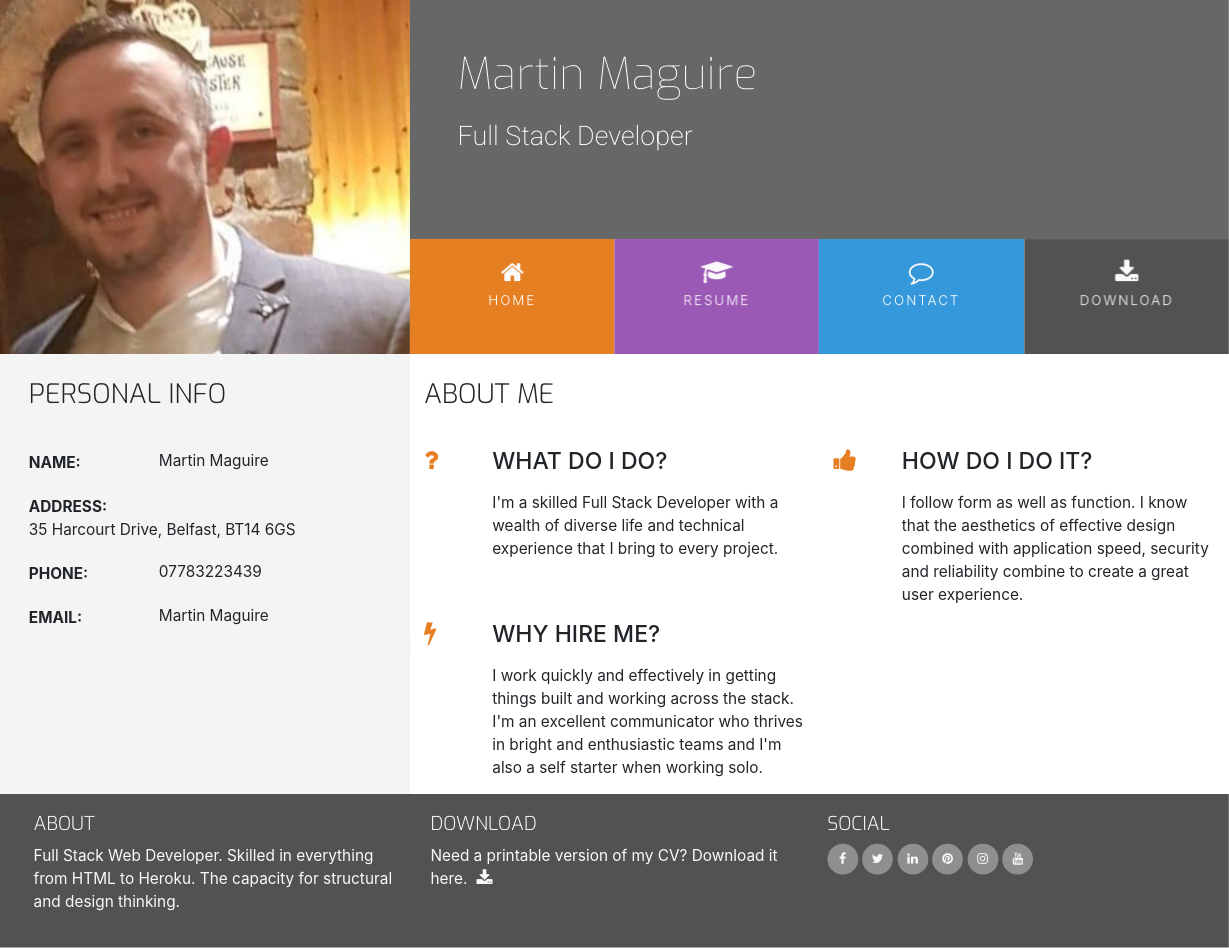
Repository: martinmaguire89/UCD-resume
Page: index.html
The author's editor kept a record of every edit. The page is drawn from the files as they stood at one moment, then again after the next edit.
The browser window is 1280 px wide. The pictures show the whole page, at 96% of full size.

Above is the page before.

After the next edit:
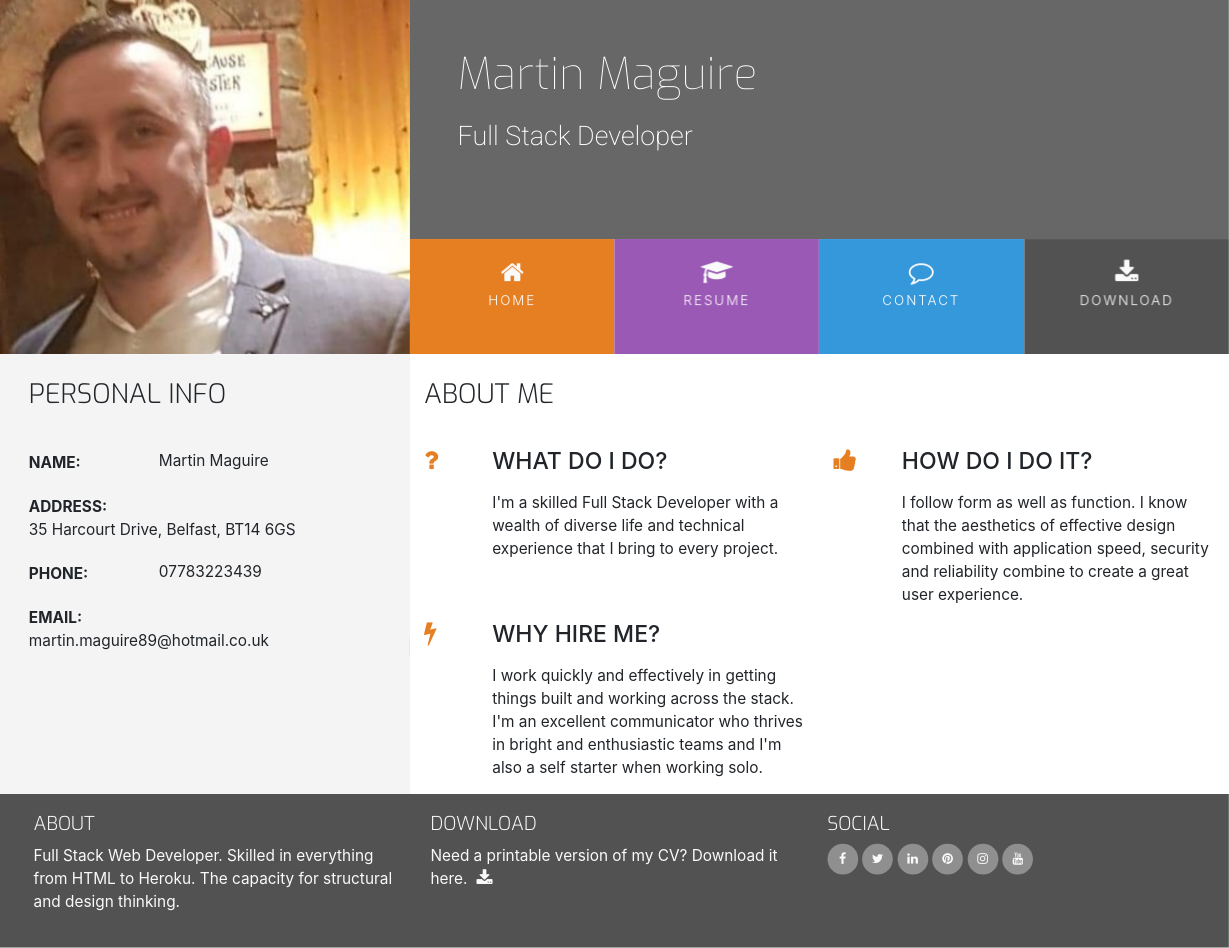
The edit:
--- a/index.html
+++ b/index.html
@@ -97,7 +97,7 @@
                         </p>
                     </div>
                     <div class="value">
-                        Martin Maguire
+                        martin.maguire89@hotmail.co.uk
                     </div>
                 </div>
             </div>
